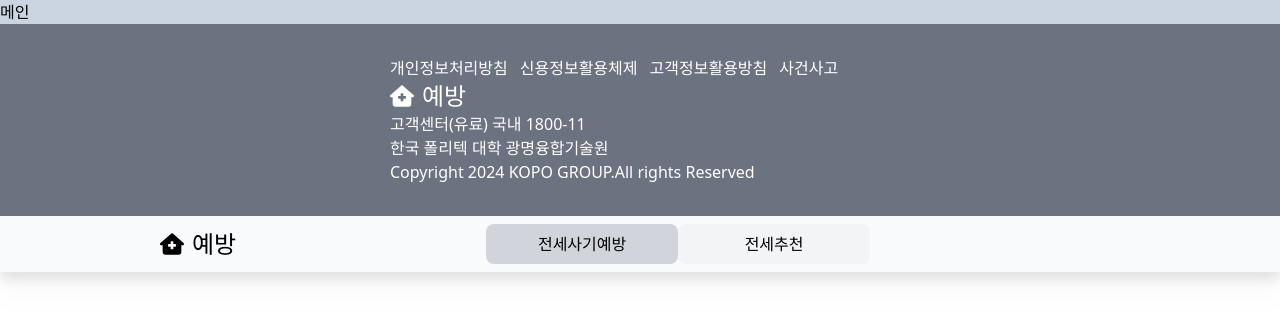
Repository: hanaTI-team-1/frontend
Page: /
These files come from the project's save history. The page is drawn as it stood at one moment and after the next save; the edit follows.
The browser window is 1280 px wide. The pictures show the whole page.
The project was rebuilt for these pictures with package versions that can differ from the ones it lists, and the page was loaded fresh each time. Also part of the build but not shown: vite.config.js, src/App.css, src/components/Recommend.jsx, src/components/Protect.jsx.

Above is the page before, as saved 2024-07-11 21:11:28.

### src/App.jsx
import { Route, Routes } from "react-router-dom";
import "./App.css";
import Main from "./components/Main";
import Recommend from "./components/Recommend";
import Protect from "./components/Protect";

function App() {
  return (
    <>
      <Routes>
        <Route path="/" element={<Main />} />
        <Route path="/protect" element={<Protect />} />
        <Route path="/recommend" element={<Recommend />} />
      </Routes>
    </>
  );
}

export default App;

### src/components/Main.jsx
import { Footer } from './Footer';
import { Header } from './Header';

export default function Main() {
  return (
    <>
      <div className="bg-slate-300">메인</div>
      <Footer />
      <Header />
    </>
  );
}

### src/components/Footer.jsx
import { Logo } from './Logo'

export const Footer = () => {
  return <footer className='h-48 flex items-center justify-center bg-gray-500 text-white'>
    <div className='min-w-[500px]'>
      <nav>
        <ul className='flex gap-3'>
          <li className='cursor-pointer'>개인정보처리방침</li>
          <li className='cursor-pointer'>신용정보활용체제</li>
          <li className='cursor-pointer'>고객정보활용방침</li>
          <li className='cursor-pointer'>사건사고</li>
        </ul>
      </nav>
      <div><Logo /></div>
      <div>고객센터(유료) 국내 1800-11</div>
      <div>한국 폴리텍 대학 광명융합기술원</div>
      <div>Copyright 2024 KOPO GROUP.All rights Reserved</div>
    </div>
  </footer>
}

### src/components/Header.jsx
import { Logo } from './Logo'
import { Link } from 'react-router-dom'

export const Header = () => {
  return <header className='fixed bg-slate-50 xl:px-40 flex w-full h-14 items-center justify-between drop-shadow-xl'>
    <Logo />
    <nav className='flex'>
      {/* 클릭하면 /proctect로 이동 */}
      <Link to={"/protect"}
        className='h-10 leading-10 rounded-lg bg-gray-300 text-center w-48 cursor-pointer hover:bg-gray-500 hover:rounded-full duration-150'
      >
        전세사기예방
      </Link>
      {/* 클릭하면 /로 이동 */}
      <Link to={"/recommend"}
        className='h-10 leading-10 rounded-lg bg-gray-100 text-center w-48 cursor-pointer hover:bg-gray-200 hover:rounded-full duration-150'
      >
        전세추천
      </Link>
    </nav>
    <div />
  </header>

}

### src/components/Logo.jsx
import { FaHouseMedical } from 'react-icons/fa6'
import { Link } from 'react-router-dom'

export const Logo = () => {
  return <Link to={"/"} className='flex items-center gap-2 cursor-pointer'>
    <FaHouseMedical size={24} />
    <span className='text-2xl'>예방</span>
  </Link>
}

Loaded but not shown: index.html (common file); src/main.jsx (common file); src/index.css (common file); tailwind.config.js (common file)

After the next save:
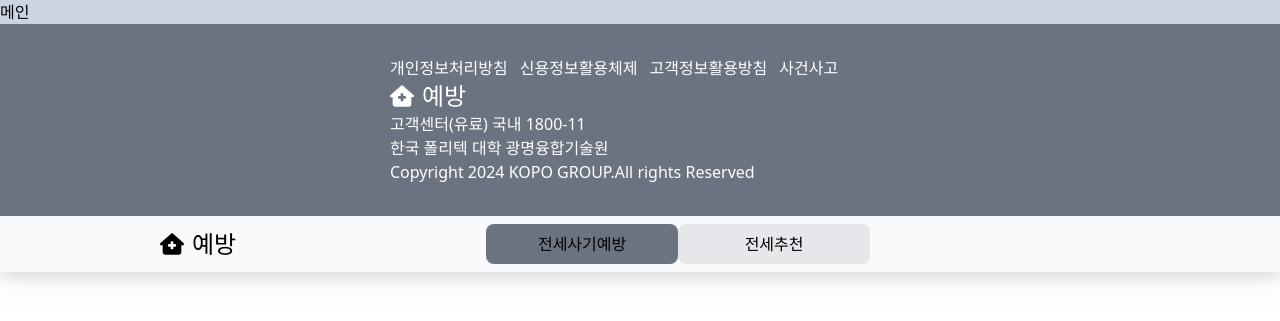
Saved 100 s later.
--- a/src/components/Header.jsx
+++ b/src/components/Header.jsx
@@ -7,13 +7,13 @@ export const Header = () => {
     <nav className='flex'>
       {/* 클릭하면 /proctect로 이동 */}
       <Link to={"/protect"}
-        className='h-10 leading-10 rounded-lg bg-gray-300 text-center w-48 cursor-pointer hover:bg-gray-500 hover:rounded-full duration-150'
+        className='h-10 leading-10 rounded-lg bg-gray-500 text-center w-48 cursor-pointer hover:bg-gray-600 hover:rounded-full duration-150'
       >
         전세사기예방
       </Link>
       {/* 클릭하면 /로 이동 */}
       <Link to={"/recommend"}
-        className='h-10 leading-10 rounded-lg bg-gray-100 text-center w-48 cursor-pointer hover:bg-gray-200 hover:rounded-full duration-150'
+        className='h-10 leading-10 rounded-lg bg-gray-200 text-center w-48 cursor-pointer hover:bg-gray-300 hover:rounded-full duration-150'
       >
         전세추천
       </Link>
